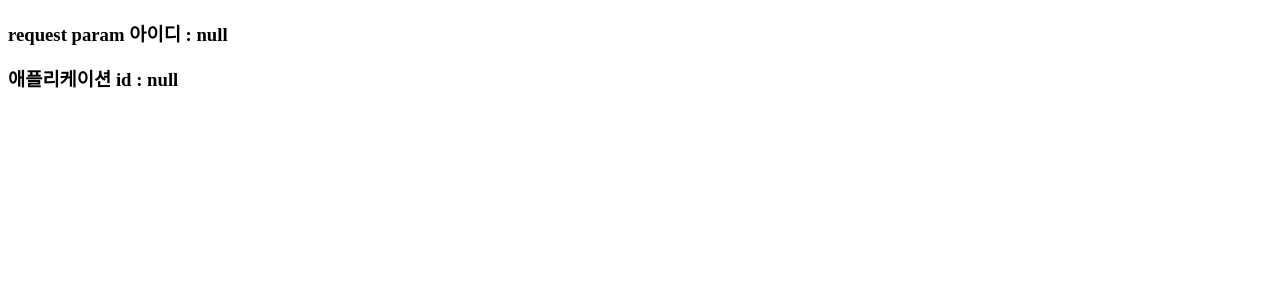
Repository: gitgw016/jsp
Page: http://localhost/09_scope/attrTest1.jsp
An editor plug-in stored every save of this project. The page is shown before and after the next save, followed by the edit.
The browser window is 1280 px wide. The pictures show the whole page.
The page is served by Tomcat 9.

Above is the page before, as saved 2021-12-08 06:23:41.

### 09_scope/src/main/webapp/attrTest1.jsp
<%@ page language="java" contentType="text/html; charset=UTF-8"
    pageEncoding="UTF-8"%>
<!DOCTYPE html>
<html>
<head>
<meta charset="UTF-8">
<title>attrTest1.j</title>
</head>
<body>
<%
	request.setCharacterEncoding("utf-8");
	String id = request.getParameter("id");
	if(id != null){
		application.setAttribute("id",id);
	}

	pageContext.setAttribute("pageContextId", id);
%>

<h3>request param 아이디 : <%=id%></h3>
<h3>애플리케이션 id : <%=application.getAttribute("id") %></h3>
</body>
</html>

After the next save:
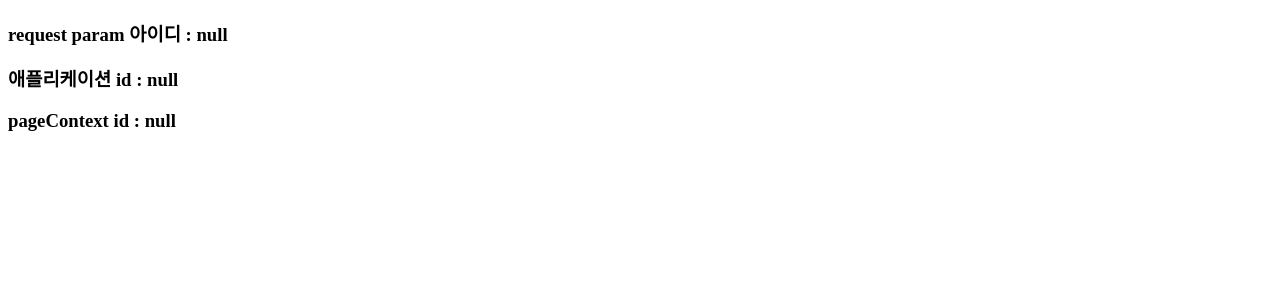
Saved 26 s later.
--- a/09_scope/src/main/webapp/attrTest1.jsp
+++ b/09_scope/src/main/webapp/attrTest1.jsp
@@ -19,5 +19,6 @@
 
 <h3>request param 아이디 : <%=id%></h3>
 <h3>애플리케이션 id : <%=application.getAttribute("id") %></h3>
+<h3>pageContext id : <%=pageContext.getAttribute("pageContextId") %></h3>
 </body>
 </html>
